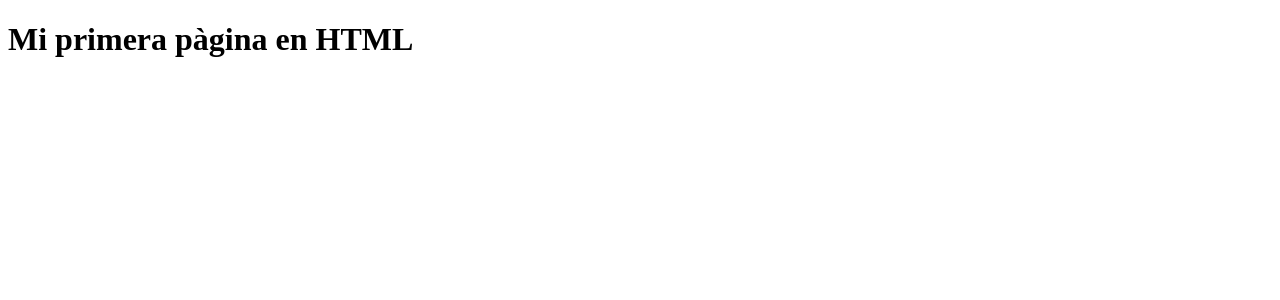
Repository: hoscanoa/Clases-LPII
Page: LPIISemana01/LPII-Semana01/WebContent/index.html
An editor plug-in stored every save of this project. The page is shown before and after the next save, followed by the edit.
The browser window is 1280 px wide. The pictures show the whole page.

Above is the page before, as saved 2014-09-18 21:41:17.

After the next save:
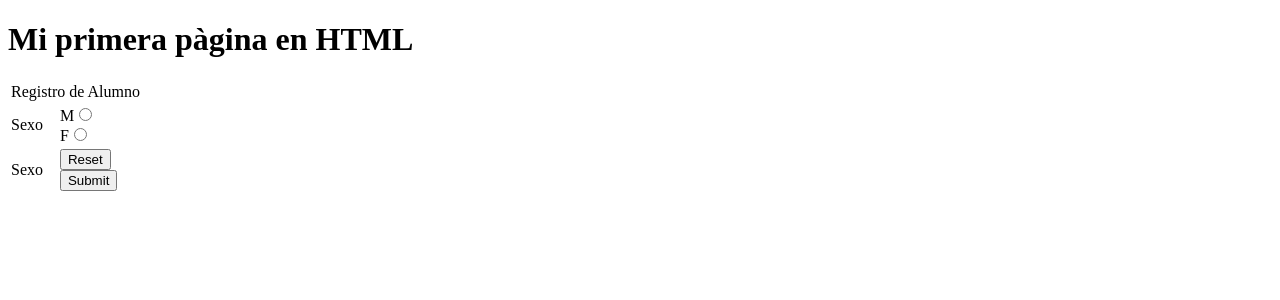
Saved 4 min 21 s later.
--- a/LPIISemana01/LPII-Semana01/WebContent/index.html
+++ b/LPIISemana01/LPII-Semana01/WebContent/index.html
@@ -6,5 +6,22 @@
 </head>
 <body>
 	<h1>Mi primera pàgina en HTML</h1>
+
+	<table>
+		<tr>
+			<td colspan="2">Registro de Alumno</td>
+		</tr>
+		<tr>
+			<td>Sexo</td>
+			<td>M<input type="radio" name="sexo"> </br> F<input
+				type="radio" name="sexo"></td>
+		</tr>
+		<tr>
+			<td>Sexo</td>
+			<td><input type="reset" name="Limpiar"> </br> <input
+				type="submit" name="Enviar"></td>
+		</tr>
+	</table>
+
 </body>
 </html>
